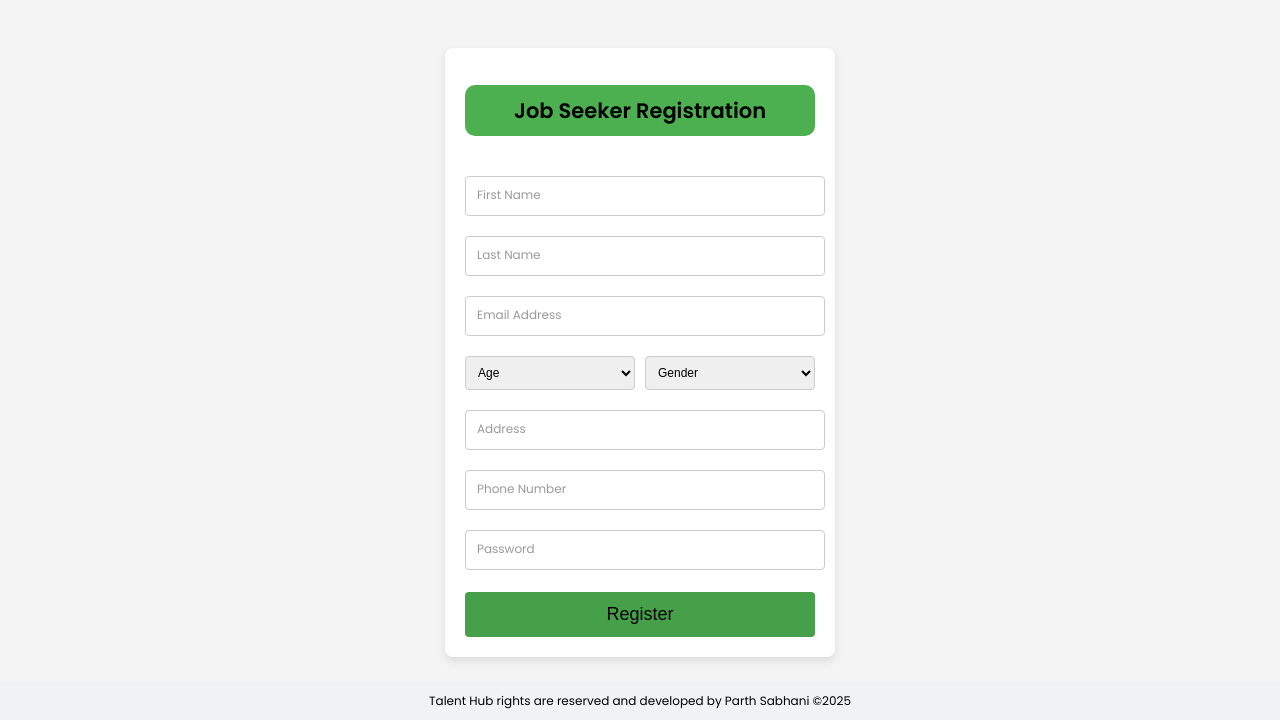
Repository: parthsabhani/Job_Portal_JSP_Servlet
Page: http://localhost/Job_Portal/userRegistration.jsp
An editor plug-in stored every save of this project. The page is shown before and after the next save, followed by the edit.
The browser window is 1280 px wide. The pictures show the whole page.
The pointer rests on the first visible `.submit-btn`.
The page is served by Tomcat 10. Other server files are loaded and not shown.

Above is the page before, as saved 2025-04-23 04:06:44.

### Job_Portal/src/main/webapp/userRegistration.jsp
<%@ page language="java" contentType="text/html; charset=UTF-8"
	pageEncoding="UTF-8"%>
<!DOCTYPE html>
<html lang="en">
<head>
<meta charset="UTF-8">
<meta name="viewport" content="width=device-width, initial-scale=1.0">
<title>Job Seeker Registration</title>

<!-- Import Poppins font -->
<link
	href="https://fonts.googleapis.com/css2?family=Poppins:wght@400;600&display=swap"
	rel="stylesheet">

<!-- Internal CSS -->
<style>
body {
	font-family: 'Poppins', sans-serif;
	background-color: #f4f4f4;
	display: flex;
	justify-content: center;
	align-items: center;
	height: 100%;
}

.registration-container {
	background-color: white;
	padding: 20px;
	margin: 40px;
	border-radius: 8px;
	box-shadow: 0 4px 8px rgba(0, 0, 0, 0.1);
	width: 100%;
	font-size: 14px;
	max-width: 350px;
}

h2 {
	text-align: center;
	background-color: #4CAF50;
	padding: 10px;
	border-radius: 10px;
	margin-bottom: 40px;
}

h2:hover {
	color: white;
}

form {
	display: flex;
	flex-direction: column;
}

.input-container {
	position: relative;
	margin-bottom: 20px;
}

input {
	padding: 12px 4px;
	margin: 0;
	border: 1px solid #ccc;
	border-radius: 4px;
	font-size: 12px;
	width: 100%;
	background-color: #fff; /* Keep the input background white */
	z-index: 1; /* Ensure the input stays behind the label */
}

input:focus {
	border-color: #4d90fe;
	outline: none;
}

/* Floating label */
input:focus+label, input:not(:placeholder-shown)+label {
	font-size: 12px;
	color: #4d90fe;
	top: -9px; /* Adjusted to align with the upper edge of the text */
}

label {
	position: absolute;
	top: 10px; /* Slightly adjusted to align with the text */
	left: 8px;
	font-size: 12px;
	transition: all 0.2s ease;
	color: #999;
	pointer-events: none;
	z-index: 2; /* Ensure the label stays above the input */
	background-color: #fff; /* To avoid background showing through */
	padding: 0 4px;
	/* Add some padding to avoid label overlapping input edges */
}

.submit-btn {
	background-color: #4CAF50;
	color: white;
	padding: 12px;
	border: none;
	border-radius: 4px;
	font-size: 18px;
	cursor: pointer;
}

.submit-btn:hover {
	background-color: #45a049;
	color: black;
}

.error {
	color: red;
	font-size: 14px;
	margin-top: -10px; text-align : center;
	margin-bottom: 12px;
	text-align: center;
}
</style>
</head>
<body>

	<div class="registration-container">
		<h2>Job Seeker Registration</h2>
		<form action="UserController" method="post" id="registrationForm">

			<!-- Full Name Field -->
			<div class="input-container">
				<input type="text" id="firstName" name="firstName" placeholder=" "
					required> <label for="firstName">First Name</label>
			</div>

			<!-- Last Name Field -->
			<div class="input-container">
				<input type="text" id="lastName" name="lastName" placeholder=" "
					required> <label for="lastName">Last Name</label>
			</div>

			<!-- Email Field -->
			<div class="input-container">
				<input type="email" id="email" name="email" placeholder=" " required>
				<label for="email">Email Address</label>
			</div>

			<!-- Age & Gender Fields -->
			<div
				style="display: flex; justify-content: space-between; gap: 10px; margin-bottom: 20px;">
				<!-- Age Dropdown -->
				<div style="flex: 1;">
					<select name="age" id="age" required
						style="width: 100%; padding: 8px; border-radius: 4px; border: 1px solid #ccc; font-size: 12px;">
						<option value="" disabled selected hidden>Age</option>
						<%
						for (int i = 18; i <= 50; i++) {
						%>
						<option value="<%=i%>"><%=i%></option>
						<%
						}
						%>
					</select>
				</div>

				<!-- Gender Dropdown -->
				<div style="flex: 1;">
					<select name="gender" id="gender" required
						style="width: 100%; padding: 8px; border-radius: 4px; border: 1px solid #ccc; font-size: 12px;">
						<option value="" disabled selected hidden>Gender</option>
						<option value="Male">Male</option>
						<option value="Female">Female</option>
						<option value="Other">Other</option>
					</select>
				</div>
			</div>

			<!-- Address Field -->
			<div class="input-container">
				<input type="text" id="address" name="address" placeholder=" ">
				<label for="address">Address</label>
			</div>

			<!-- Phone Number Field -->
			<div class="input-container">
				<input type="tel" id="phone" name="phone" placeholder=" " required>
				<label for="phone">Phone Number</label>
			</div>

			<!-- Password Field -->
			<div class="input-container">
				<input type="password" id="password" name="password" placeholder=" "
					required> <label for="password">Password</label>
			</div>

			<div id="errorMessages" class="error">
				${ error }
			</div>

			<button type="submit" class="submit-btn" name="value" value="register">Register</button>

		</form>
	</div>


	<!-- Footer Start -->
	<%
    	request.setAttribute("footerStyle", "position: fixed; bottom: 0; width: 100%; padding: 10px 0; background-color: #f0f2f5; color: #000000; text-align: center; font-size: 12px; font-family: 'Poppins', sans-serif;");
	%>
	<jsp:include page="footer.jsp" />
	<!-- Footer End -->
</body>
</html>

### Job_Portal/src/main/webapp/footer.jsp
<%@ page language="java" contentType="text/html; charset=UTF-8"
    pageEncoding="UTF-8"%>
<!DOCTYPE html>
<html>
<head>
<meta charset="UTF-8">
<title>Insert title here</title>
</head>
<body>
<%
    String footerStyle = (String) request.getAttribute("footerStyle");
    if (footerStyle == null) {
        footerStyle = "position: fixed; bottom: 0; width: 100%; padding: 8px 0; background-color: #000; color: white; text-align: center; font-size: 12px; font-family: 'Poppins', sans-serif;";
    }
%>
<footer style="<%= footerStyle %>">
    Talent Hub rights are reserved and developed by Parth Sabhani ©2025
</footer>
</body>
</html>

After the next save:
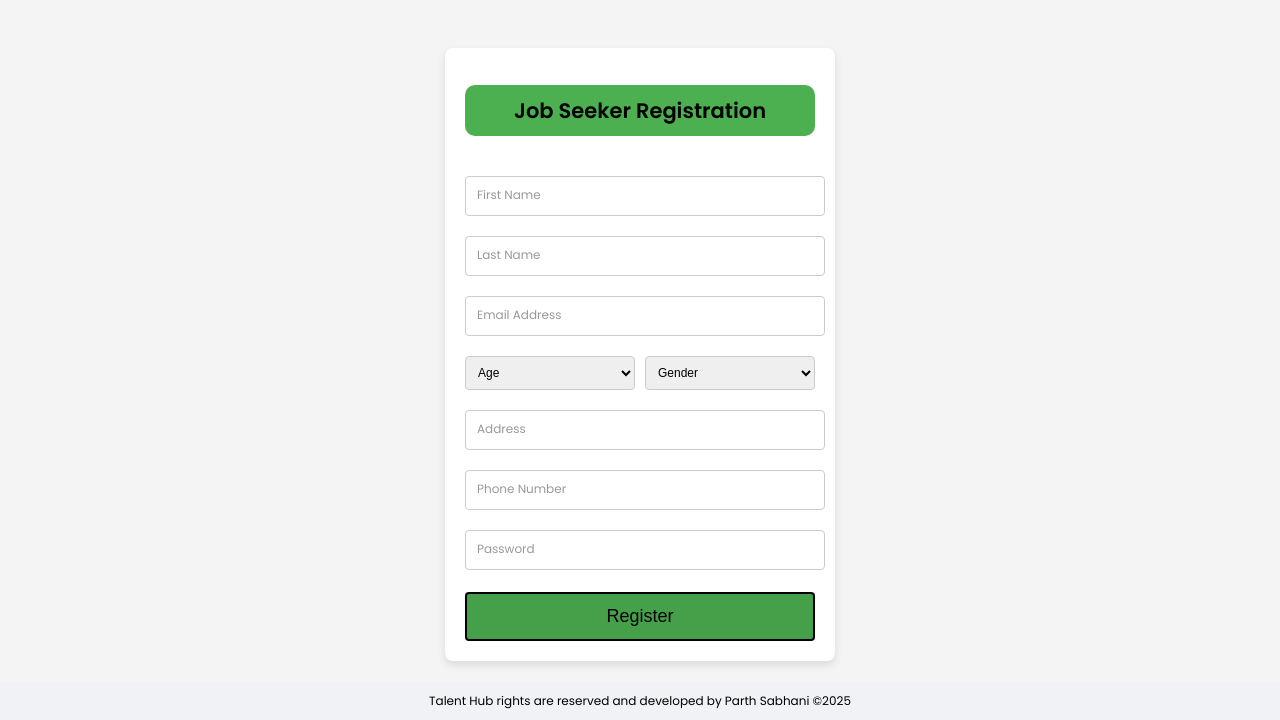
Saved 35 s later.
--- a/Job_Portal/src/main/webapp/userRegistration.jsp
+++ b/Job_Portal/src/main/webapp/userRegistration.jsp
@@ -106,6 +106,7 @@ label {
 .submit-btn:hover {
 	background-color: #45a049;
 	color: black;
+	border: 2px solid black;
 }
 
 .error {
